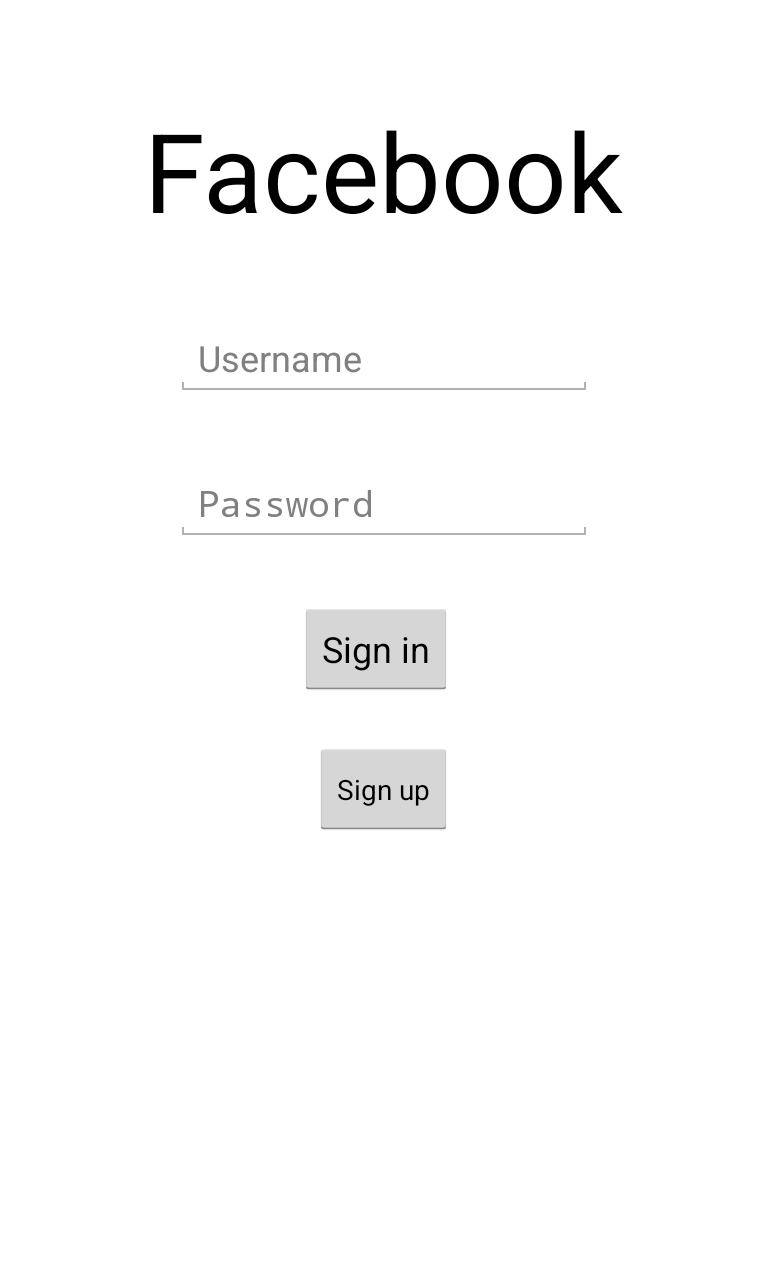
Repository: priyankaaj/practiced-apps
Layout: Facebook2/res/layout/activity_main.xml
The author's editor kept a copy of each file at every save. The layout is drawn from the files as they stood at one save, then again after the next save.
It is drawn on a 768 x 1280 px phone screen (xhdpi) without system bars, with theme AppTheme; the app's code is not run.

Above is the layout before, as saved 2015-10-01 05:19:16.

After the next save:
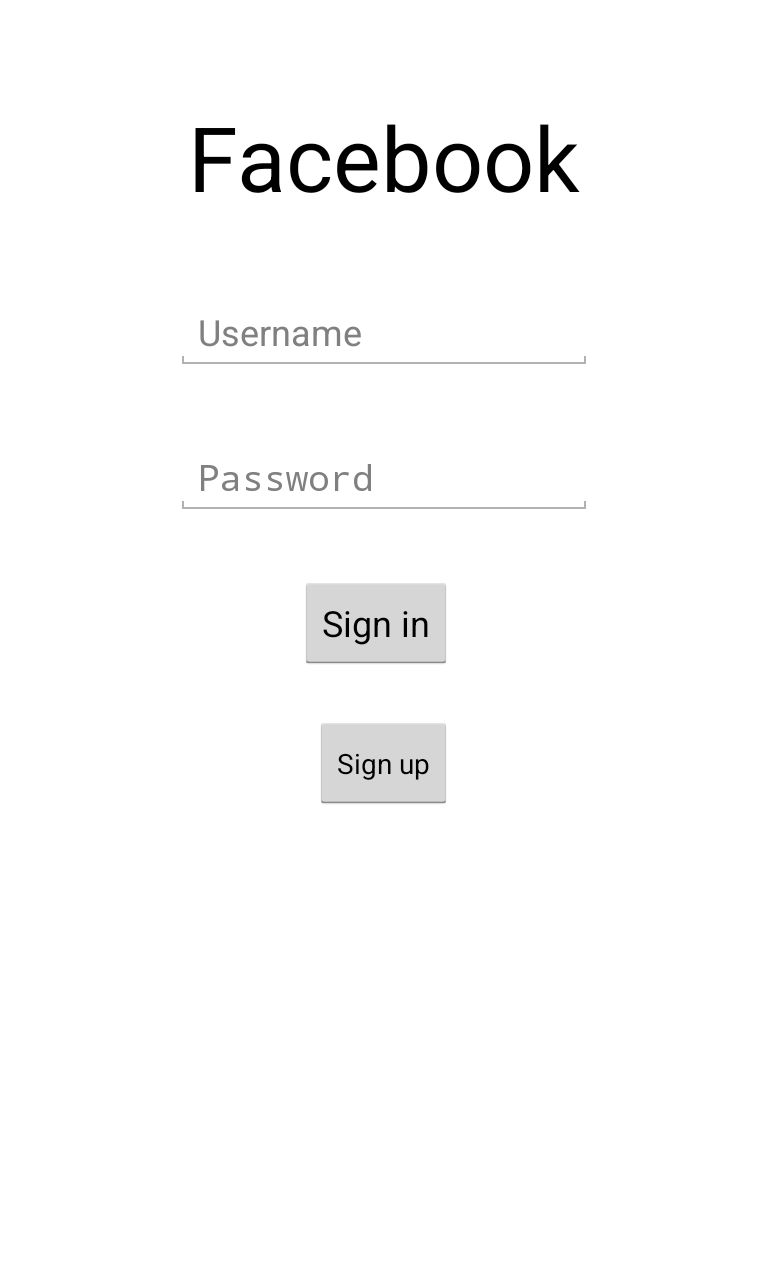
Saved 8 s later.
--- a/Facebook2/res/layout/activity_main.xml
+++ b/Facebook2/res/layout/activity_main.xml
@@ -16,7 +16,7 @@
         android:layout_centerHorizontal="true"
         android:layout_marginTop="32dp"
         android:text="Facebook"
-        android:textSize="55dp"
+        android:textSize="45dp"
         android:textAppearance="?android:attr/textAppearanceLarge" />
 
     <EditText
